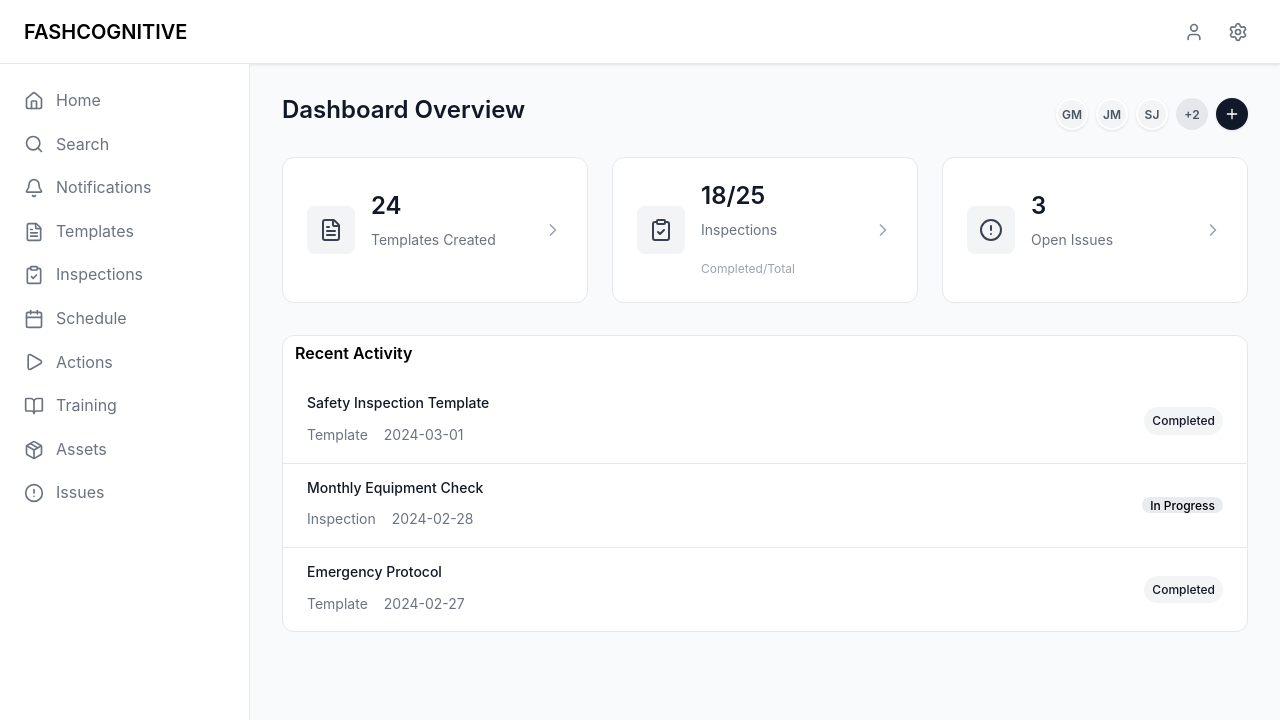
Repository: loganand612/fashcognitive-intern
Page: /dashboard (app in fash/)
These files come from the project's save history. The page is drawn as it stood at one moment and after the next save; the edit follows.
The browser window is 1280 px wide. The pictures show the whole page.
The project was rebuilt for these pictures with package versions that can differ from the ones it lists, and the page was loaded fresh each time. Also part of the build but not shown: fash/src/pages/Login.css, fash/src/pages/Register.css, fash/src/pages/Template.css, fash/src/pages/Home.tsx, fash/src/pages/Login.tsx, fash/src/pages/Register.tsx, fash/src/pages/Home2.tsx, fash/src/components/AccessManager.tsx and 2 more. Imported but missing from the stored project, and not drawn on this page: fash/src/pages/assets/head1.mp4.

Above is the page before, as saved 2025-04-14 09:20:48.

After the next save:
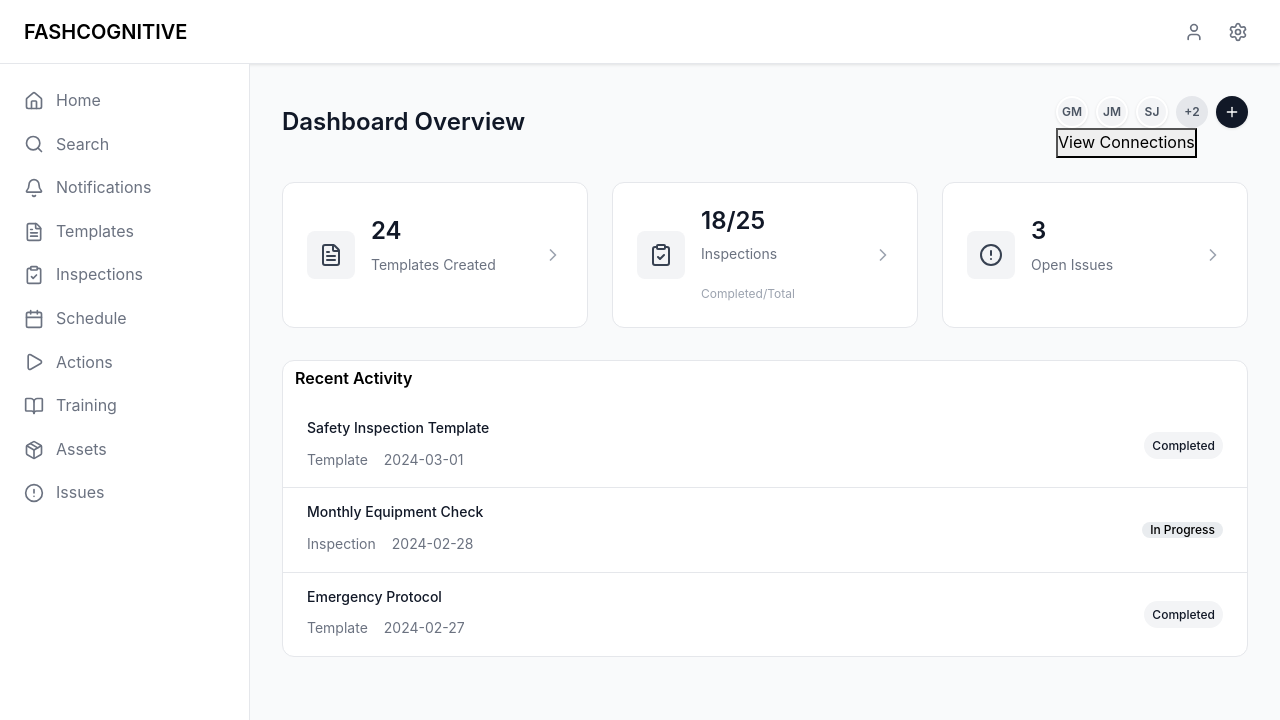
Saved 2 min 29 s later.
--- a/fash/src/components/ConnectionsPanel.tsx
+++ b/fash/src/components/ConnectionsPanel.tsx
@@ -50,7 +50,8 @@ const ConnectionsPanel: React.FC<ConnectionsPanelProps> = ({
 
   return (
     <div className="connections-panel">
-      <div className="connections-display">
+      <div className="connections-container">
+        <div className="connections-display">
         {displayedConnections.map(connection => (
           <div key={connection.id} className="connection-avatar" title={connection.name}>
             {connection.avatar ? (
@@ -79,6 +80,13 @@ const ConnectionsPanel: React.FC<ConnectionsPanelProps> = ({
           <Plus size={16} />
         </button>
       </div>
+      <button
+        className="view-connections-button"
+        onClick={() => setShowAllConnections(true)}
+      >
+        View Connections
+      </button>
+    </div>
 
       {/* Add Connection Modal */}
       {showAddModal && (
